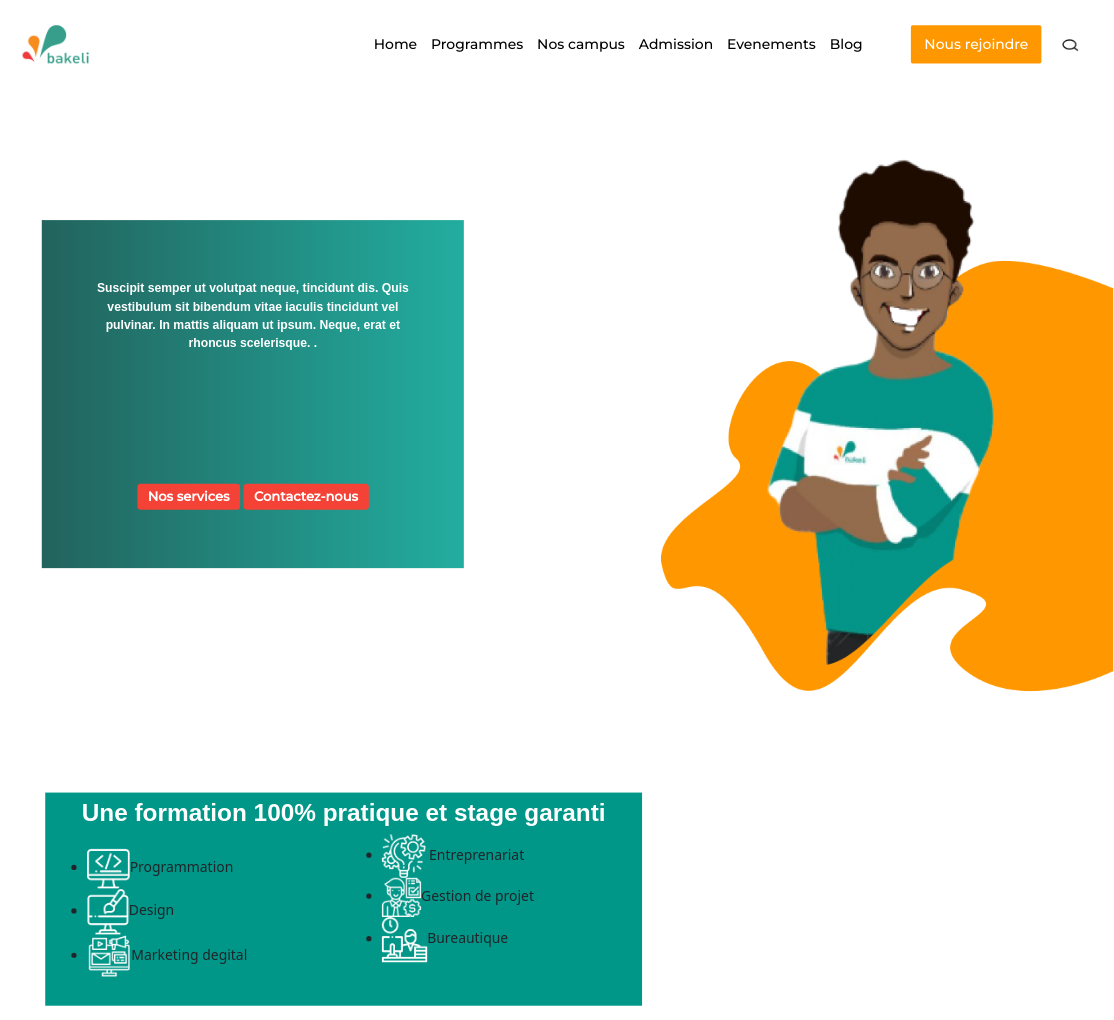
Repository: wadelfadill/tache_6_validation_prototype_bootstrap
Page: index.html
The author's editor kept a copy of each file at every save. The page is drawn from the files as they stood at one save, then again after the next save.
The browser window is 1280 px wide. The pictures show the whole page, at 87% of full size.
Some web libraries are served in a nearby version.

Above is the page before, as saved 2023-04-24 20:21:30.

After the next save:
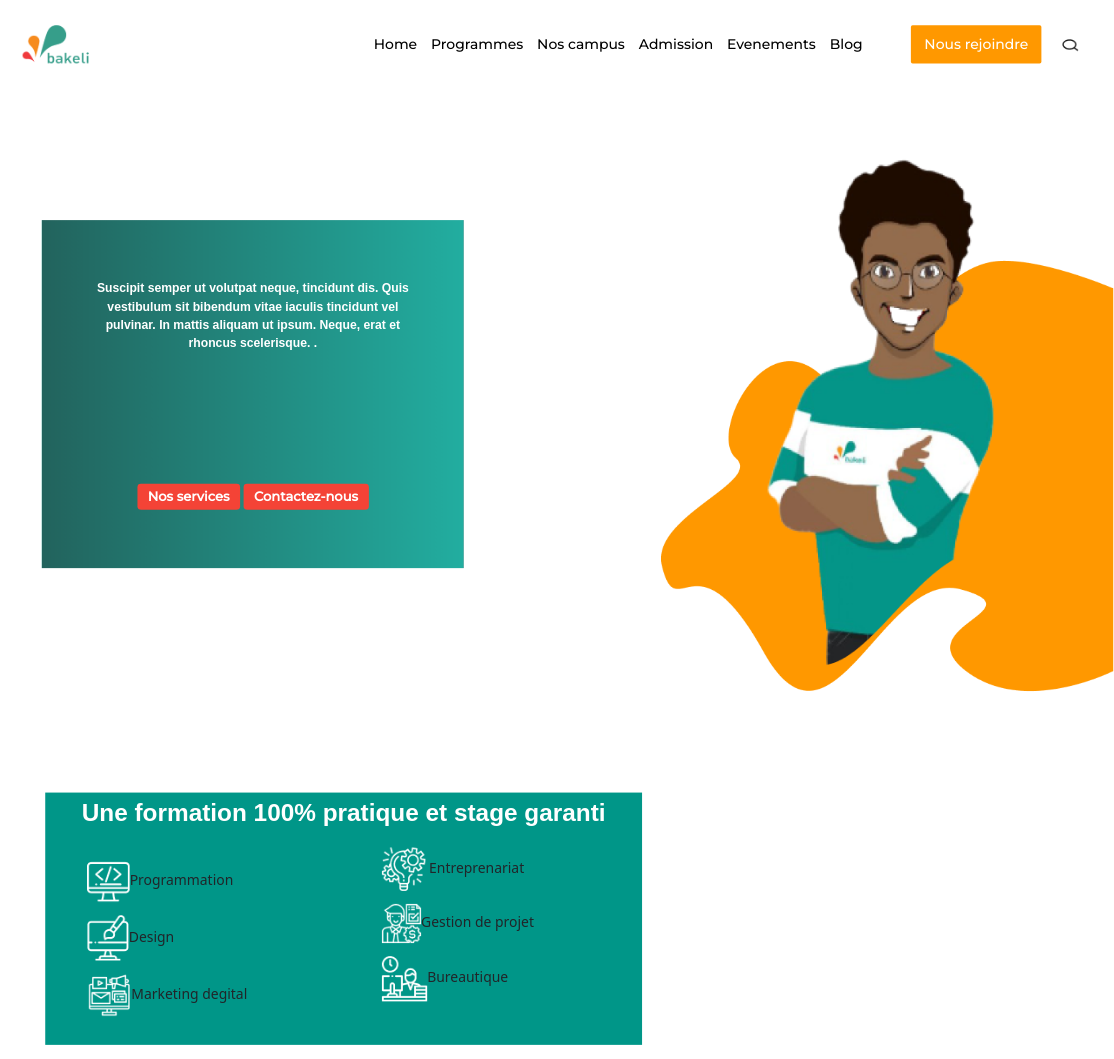
Saved 2 min 13 s later.
--- a/style.css
+++ b/style.css
@@ -111,5 +111,12 @@
     letter-spacing: 0em;
     text-align: left;
     color: #FFFFFF;
+}
+#formations .formation ul{
+    margin-top: 15px;
+}
+#formations .formation ul li{
+    list-style: none;
+    margin-bottom: 15px;
 
 }
